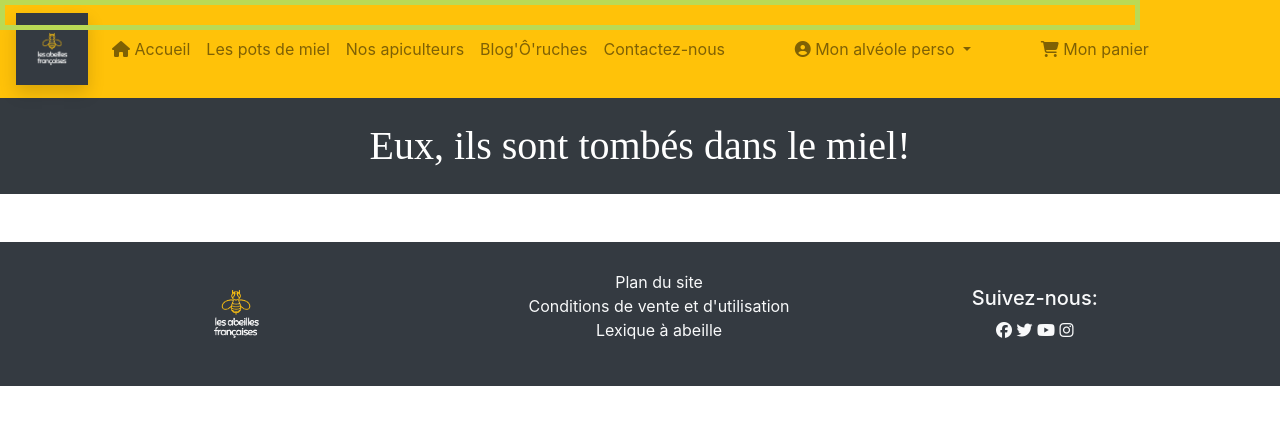
Repository: davidlecras/lesabeillesfran-aises
Page: templates/beekeeper/index.html.twig
These files come from the project's save history. The page is drawn as it stood at one moment and after the next save; the edit follows.
The browser window is 1280 px wide. The pictures show the whole page.
Some web fonts or font styles are not loaded; a fallback is used. Some web libraries are served in a nearby version. The page is a Twig template of a Symfony application; nobody is signed in and links lead nowhere. The template is opened directly, without the code that normally fills it, so the values that code supplies are empty.

Above is the page before, as saved 2020-06-06 11:26:11.

After the next save:
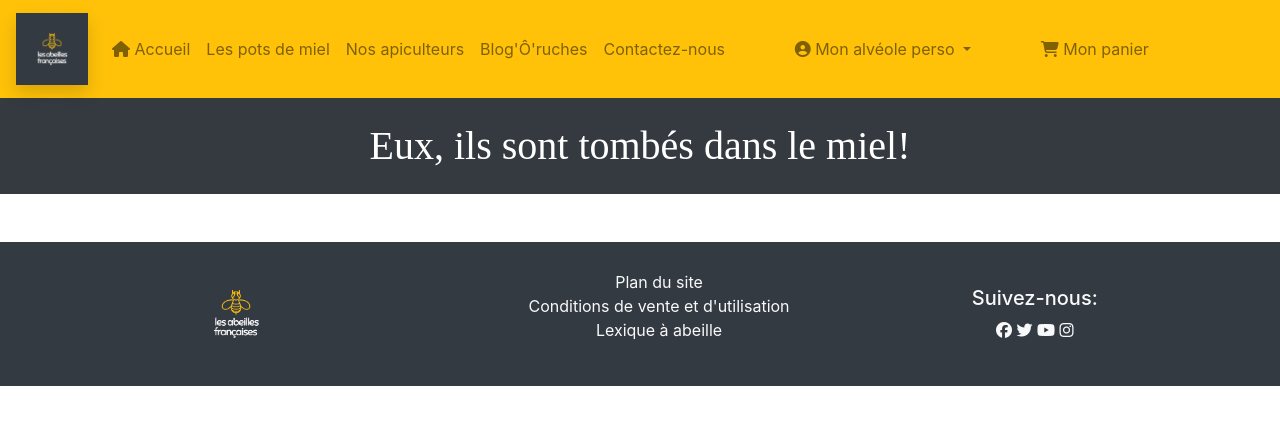
Console error: TypeError: Cannot read properties of null (reading 'style')
Saved 28 h 35 min later.
--- a/templates/beekeeper/index.html.twig
+++ b/templates/beekeeper/index.html.twig
@@ -5,8 +5,7 @@
 {% block monTitre %}Eux, ils sont tombés dans le miel!
 {% endblock %}
 {% block body %}
-	<section class="container boxBar">
-		<div class="bar sticky-top"></div>
+	<section class="container">
 		{% for beekeeper in beekeepers %}
 			<article class="my-5 border-top">
 				<div class="row my-2">
